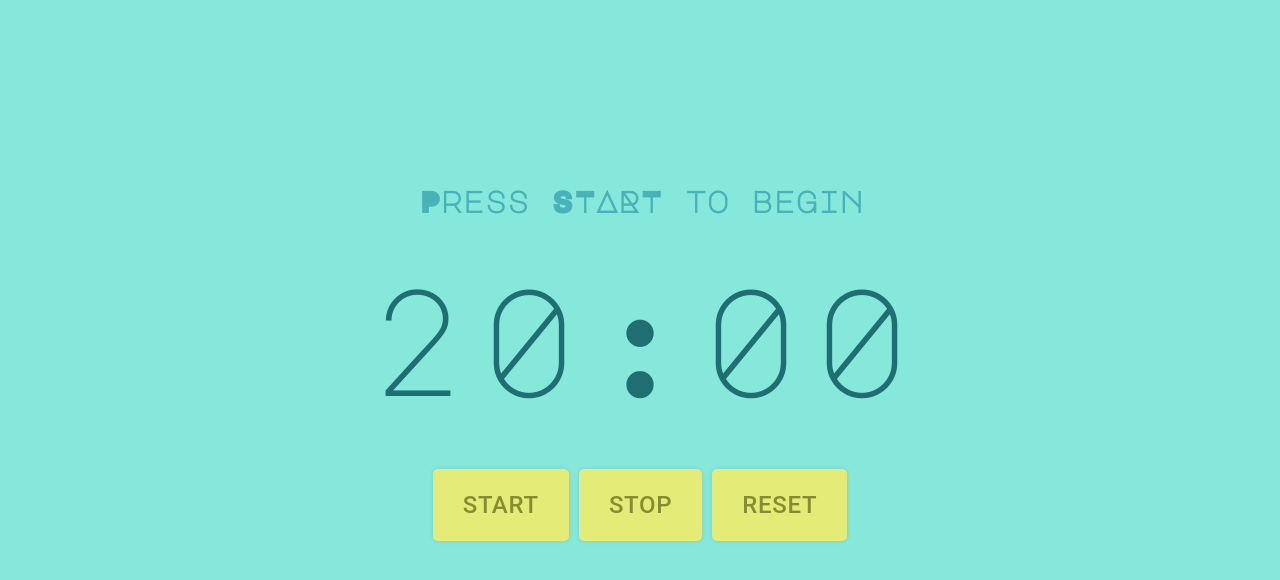
Repository: realistmccoy/pomodoro
Page: /
The author's editor kept a copy of each file at every save. The page is drawn from the files as they stood at one save, then again after the next save.
The browser window is 1280 px wide. The pictures show the whole page.
The project was rebuilt for these pictures with package versions that can differ from the ones it lists, and the page was loaded fresh each time.

Above is the page before, as saved 2020-12-10 01:01:16.

### src/App.js
import React, { useState, useRef } from 'react';
import './App.css';
import { Button } from '@material-ui/core';

function padTime(time) {
	return time.toString().padStart(2, '0');
}

export default function App() {
	const [title, setTitle] = useState('Press START to begin');
	const [timeLeft, setTimeLeft] = useState(20 * 60);
	const intervalRef = useRef(null);

	function startTimer() {
		setTitle('FOCUS');
		intervalRef.current = setInterval(() => {
			setTimeLeft((timeLeft) => {
				if (timeLeft >= 1) return timeLeft - 1;

				return 0;
			});
		}, 1000);
	}

	function stopTimer() {
		setTitle('Get back to work');
		clearInterval(intervalRef.current);
		console.log(intervalRef.current);
	}

	function resetTimer() {
		clearInterval(intervalRef.current);
		setTitle('Ready to go another round?');
		setTimeLeft(20 * 60);
	}

	const minutes = padTime(Math.floor(timeLeft / 60));
	const seconds = padTime(timeLeft - minutes * 60);

	return (
		<div className='app'>
			<h2>{title}</h2>

			<div className='timer'>
				<span>{minutes}</span>
				<span>:</span>
				<span>{seconds}</span>
			</div>

			<div className='buttons'>
				<Button onClick={startTimer}>Start</Button>
				<Button onClick={stopTimer}>Stop</Button>
				<Button onClick={resetTimer}>Reset</Button>
			</div>
		</div>
	);
}

### src/App.css
@import url('https://fonts.googleapis.com/css2?family=Major+Mono+Display&display=swap');

* {
  box-sizing: border-box;
}

body {
  padding: 0;
  margin: 0;
  font-family: 'Major Mono Display', monospace;
  line-height: 1.5;
}

.app {
  min-height: 100vh;
  padding-left: 20px;
  padding-right: 20px;
  display: flex;
  flex-direction: column;
  align-items: center;
  justify-content: center;
  background: #86e8db;
  color: #2f9153;
}

h2 {
  color: #49b2b8;
  font-size: 30px;
  text-align: center;
  margin: 0;
}

.timer {
  color: #1f6e72;
  font-size: 150px;
  margin-bottom: 20px;
}

.buttons button {
  outline: none;
  border: none;
  font-size: 24px;
  background: #e5eb77;
  color: #878b32;
  border-radius: 5px;
  box-shadow: 0 0 5px rgba(0, 0, 0, 0.1);
  padding: 15px 30px;
  cursor: pointer;
  transition: 0.3s ease all;
}

.buttons button:hover {
  border-radius: 10px;
  background: #f5f8ca;
  box-shadow: 0 0 10px rgba(0, 0, 0, 0.15);
  transform: translateY(-2px);
}

.buttons button:not(:last-child) {
  margin-right: 10px;
}

@media (max-width: 780px) {
  h2 {
    font-size: 22px;
  }

  .timer {
    font-size: 80px;
  }

  .buttons button {
    font-size: 18px;
  }
}

Loaded but not shown: public/index.html (common file); src/index.js (common file)

After the next save:
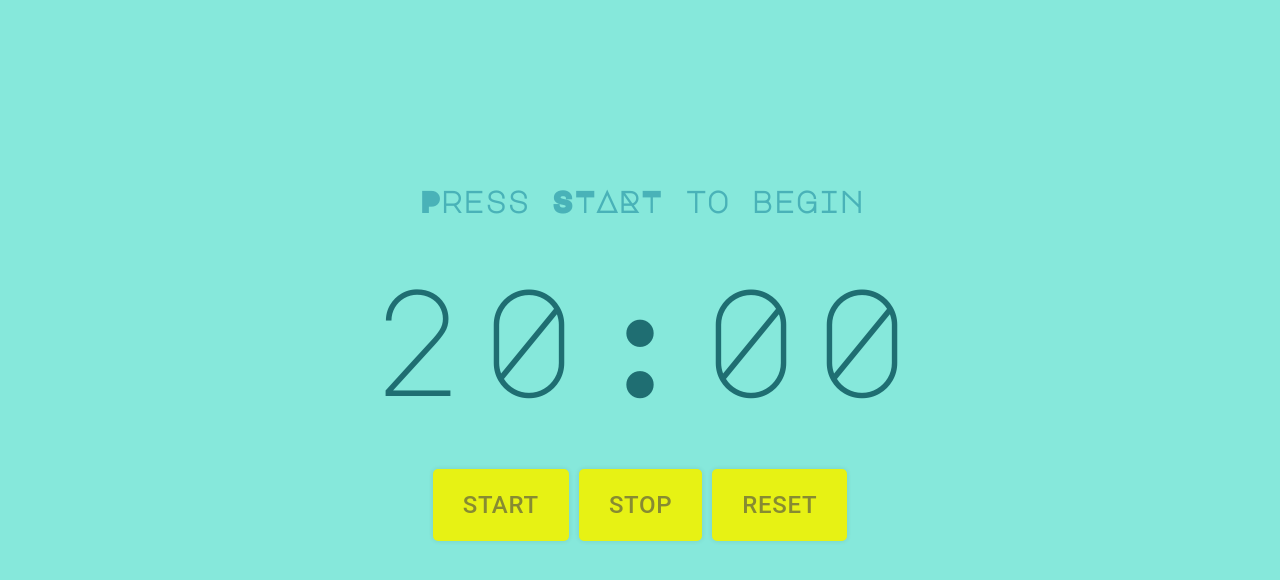
Saved 9 s later.
--- a/src/App.css
+++ b/src/App.css
@@ -40,7 +40,7 @@ h2 {
   outline: none;
   border: none;
   font-size: 24px;
-  background: #e5eb77;
+  background: #e7f214;
   color: #878b32;
   border-radius: 5px;
   box-shadow: 0 0 5px rgba(0, 0, 0, 0.1);
